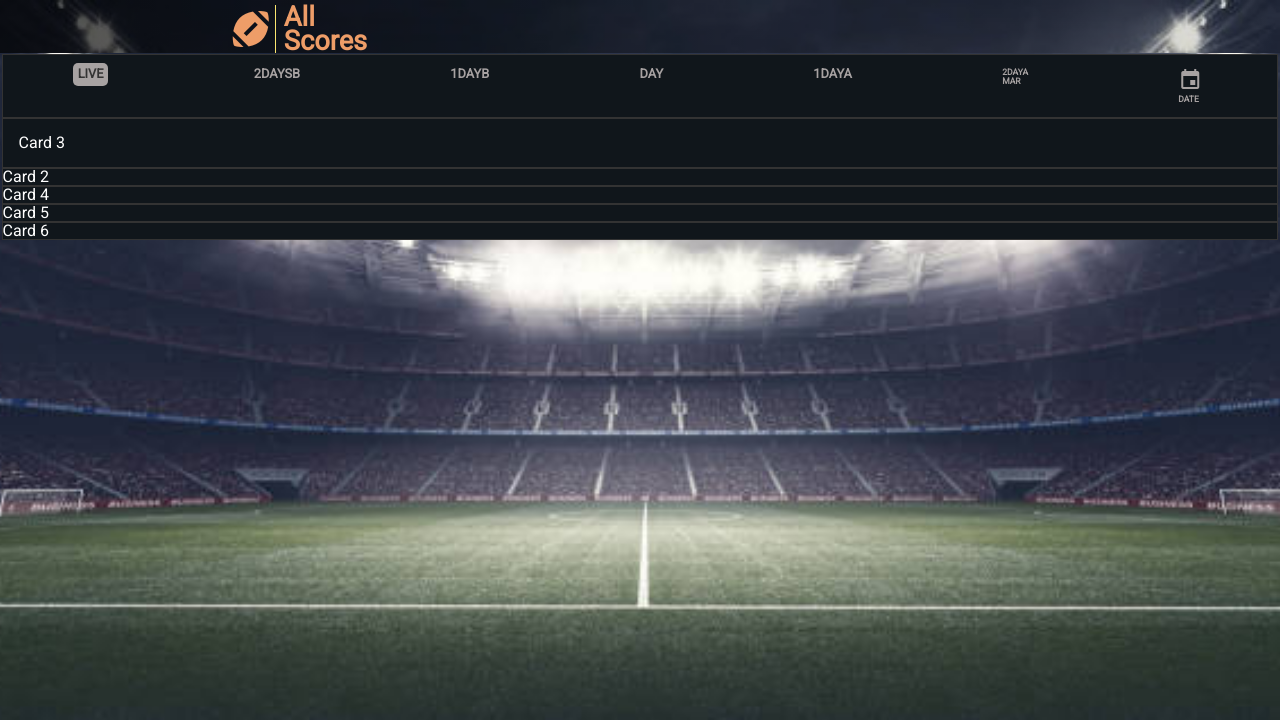
Repository: boomshakar/AllScores
Page: index.html
The author's editor kept a copy of each file at every save. The page is drawn from the files as they stood at one save, then again after the next save.
The browser window is 1280 px wide. The pictures show the whole page.
The style sheet was rebuilt from its Sass, Less or Tailwind sources for each picture, by a compiler version that may differ from the author's.

Above is the page before, as saved 2021-03-30 03:05:33.

After the next save:
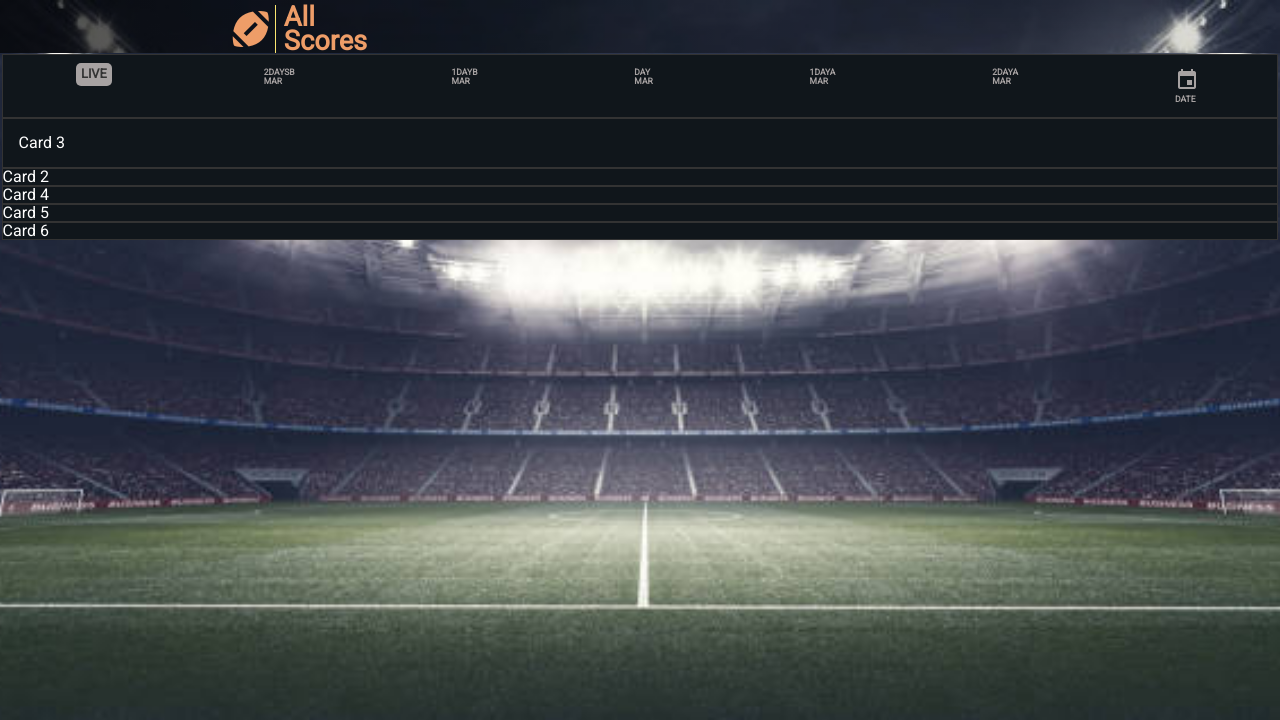
Saved 79 s later.
--- a/index.html
+++ b/index.html
@@ -112,16 +112,28 @@
             </div></a
           >
           <a href="#" class="date-select__link"
-            ><div class="date-select__match">2daysB</div></a
+            ><div class="date-select__match">
+              <h6>2daysB</h6>
+              <h6>Mar</h6>
+            </div></a
           >
           <a href="#" class="date-select__link"
-            ><div class="date-select__match">1dayB</div></a
+            ><div class="date-select__match">
+              <h6>1dayB</h6>
+              <h6>Mar</h6>
+            </div></a
           >
           <a href="#" class="date-select__link"
-            ><div class="date-select__match">Day</div></a
+            ><div class="date-select__match">
+              <h6>Day</h6>
+              <h6>Mar</h6>
+            </div></a
           >
           <a href="#" class="date-select__link"
-            ><div class="date-select__match">1dayA</div></a
+            ><div class="date-select__match">
+              <h6>1dayA</h6>
+              <h6>Mar</h6>
+            </div></a
           >
           <a href="#" class="date-select__link"
             ><div class="date-select__match">
